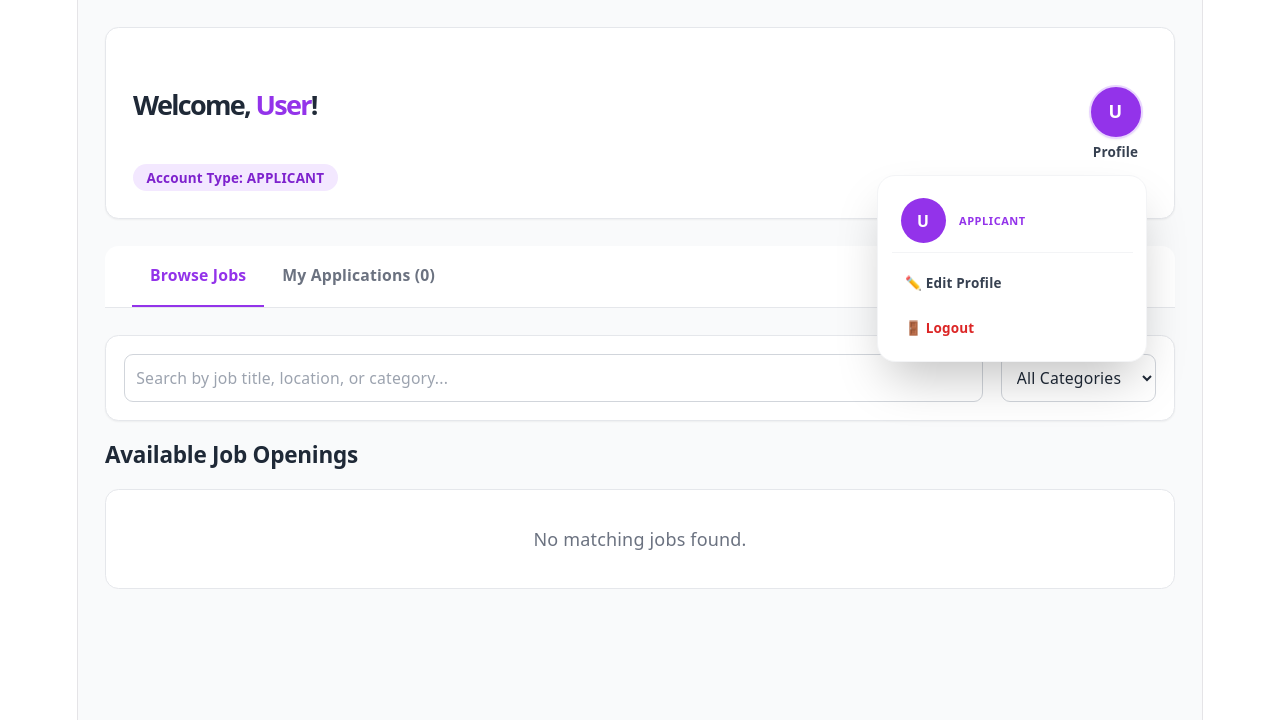
Repository: mdkawsarjomadder/job-portal
Page: /dashboard (app in job-portal/frontend/), after clicking the first element matching `button.flex`
These files come from the project's save history. The page is drawn as it stood at one moment and after the next save; the edit follows.
The browser window is 1280 px wide. The pictures show the whole page.
The page's requests for data from a server got no answer. The project was rebuilt for these pictures with package versions that can differ from the ones it lists, and the page was loaded fresh each time. No one was signed in, and anything a server would have sent is missing. Also part of the build but not shown: job-portal/frontend/vite.config.js, job-portal/frontend/src/pages/Login.jsx, job-portal/frontend/src/pages/Register.jsx, job-portal/frontend/src/pages/EmployerDashboard.jsx, job-portal/frontend/src/pages/MyApplications.jsx, job-portal/frontend/src/pages/CreateJob.jsx, job-portal/frontend/src/pages/Home.jsx. Imported but missing from the stored project, and not drawn on this page: job-portal/frontend/src/pages/Profile.

Above is the page before, as saved 2026-09-18 21:19:44.

### job-portal/frontend/src/index.css
@tailwind base;
@tailwind components;
@tailwind utilities;

:root {
  --text: #6b6375;
  --text-h: #08060d;
  --bg: #fff;
  --border: #e5e4e7;
  --code-bg: #f4f3ec;
  --accent: #aa3bff;
  --accent-bg: rgba(170, 59, 255, 0.1);
  --accent-border: rgba(170, 59, 255, 0.5);
  --social-bg: rgba(244, 243, 236, 0.5);
  --shadow: rgba(0, 0, 0, 0.1) 0 10px 15px -3px, rgba(0, 0, 0, 0.05) 0 4px 6px -2px;

  --sans: system-ui, 'Segoe UI', Roboto, sans-serif;
  --heading: system-ui, 'Segoe UI', Roboto, sans-serif;
  --mono: ui-monospace, Consolas, monospace;

  font: 18px/145% var(--sans);
  letter-spacing: 0.18px;
  color-scheme: light dark;
  color: var(--text);
  background: var(--bg);
  font-synthesis: none;
  text-rendering: optimizeLegibility;
  -webkit-font-smoothing: antialiased;
  -moz-osx-font-smoothing: grayscale;
}

@media (max-width: 1024px) {
  :root {
    font-size: 16px;
  }
}

@media (prefers-color-scheme: dark) {
  :root {
    --text: #9ca3af;
    --text-h: #f3f4f6;
    --bg: #16171d;
    --border: #2e303a;
    --code-bg: #1f2028;
    --accent: #c084fc;
    --accent-bg: rgba(192, 132, 252, 0.15);
    --accent-border: rgba(192, 132, 252, 0.5);
    --social-bg: rgba(47, 48, 58, 0.5);
    --shadow: rgba(0, 0, 0, 0.4) 0 10px 15px -3px, rgba(0, 0, 0, 0.25) 0 4px 6px -2px;
  }

  #social .button-icon {
    filter: invert(1) brightness(2);
  }
}

body {
  margin: 0;
}

#root {
  width: 1126px;
  max-width: 100%;
  margin: 0 auto;
  text-align: center;
  border-inline: 1px solid var(--border);
  min-height: 100svh;
  display: flex;
  flex-direction: column;
  box-sizing: border-box;
}

h1,
h2 {
  font-family: var(--heading);
  font-weight: 500;
  color: var(--text-h);
}

h1 {
  font-size: 56px;
  letter-spacing: -1.68px;
  margin: 32px 0;
}

h2 {
  font-size: 24px;
  line-height: 118%;
  letter-spacing: -0.24px;
  margin: 0 0 8px;
}

@media (max-width: 1024px) {
  h1 {
    font-size: 36px;
    margin: 20px 0;
  }
  h2 {
    font-size: 20px;
  }
}

p {
  margin: 0;
}

code,
.counter {
  font-family: var(--mono);
  display: inline-flex;
  border-radius: 4px;
  color: var(--text-h);
}

code {
  font-size: 15px;
  line-height: 135%;
  padding: 4px 8px;
  background: var(--code-bg);
}

### job-portal/frontend/src/App.jsx
import { BrowserRouter as Router, Routes, Route, Navigate } from 'react-router-dom';
import Login from './pages/Login';
import Register from './pages/Register';
import ApplicantDashboard from './pages/ApplicantDashboard';
import EmployerDashboard from './pages/EmployerDashboard';
import MyApplications from './pages/MyApplications';
import CreateJob from './pages/CreateJob';
import Home from './pages/Home';
import Profile from './pages/Profile';



function App() {
  return (
    <Router>
      <Routes>
        <Route path="/" element={<Home />} />
        <Route path="/home" element={<Home />} />
        <Route path="/login" element={<Login />} />
        <Route path="/profile" element={<Profile />} />
        <Route path="/register" element={<Register />} />
        <Route path="/my-applications" element={<MyApplications />} />
        <Route path="/dashboard" element={<ApplicantDashboard />} />
        <Route path="/employerdashboard" element={<EmployerDashboard />} />
        <Route path="/create-job" element={<CreateJob />} />
        <Route path="*" element={<Navigate to="/" replace />} />
      </Routes>
    </Router>
  );
}

export default App;

### job-portal/frontend/src/pages/ApplicantDashboard.jsx
import React, { useState, useEffect, useRef } from 'react';
import axios from 'axios';
import { useNavigate } from 'react-router-dom';

export default function ApplicantDashboard() {
  const navigate = useNavigate();
  const [user, setUser] = useState(null);
  const [jobs, setJobs] = useState([]);
  const [appliedJobs, setAppliedJobs] = useState([]);
  const [activeTab, setActiveTab] = useState('browse');
  const [selectedJob, setSelectedJob] = useState(null);
  const [resumeFile, setResumeFile] = useState(null);
  const [isModalOpen, setIsModalOpen] = useState(false);

  // Profile Dropdown State
  const [isDropdownOpen, setIsDropdownOpen] = useState(false);
  const dropdownRef = useRef(null);

  // Loading & Toast Notification States
  const [isSubmitting, setIsSubmitting] = useState(false);
  const [toastMessage, setToastMessage] = useState('');
  const [toastType, setToastType] = useState('success');

  // Search & Filter States
  const [searchTerm, setSearchTerm] = useState('');
  const [selectedCategory, setSelectedCategory] = useState('All');

  useEffect(() => {
    fetchLatestProfile();
    fetchJobs();
    fetchMyApplications();
  }, []);

  // API থেকে লেটেস্ট Avatar সহ ইউজার ডাটা ফেচ করা
  const fetchLatestProfile = async () => {
    const token = localStorage.getItem('token');
    const storedUser = localStorage.getItem('user');

    if (storedUser) {
      setUser(JSON.parse(storedUser));
    }

    if (!token) return;

    try {
      const res = await axios.get('http://localhost:5000/api/jobs/profile', {
        headers: { Authorization: `Bearer ${token}` },
      });
      if (res.data) {
        setUser(res.data);
        localStorage.setItem('user', JSON.stringify(res.data));
      }
    } catch (err) {
      console.error('Error fetching fresh profile:', err);
    }
  };

  // Dropdown Close on Outside Click
  useEffect(() => {
    const handleClickOutside = (event) => {
      if (dropdownRef.current && !dropdownRef.current.contains(event.target)) {
        setIsDropdownOpen(false);
      }
    };
    document.addEventListener('mousedown', handleClickOutside);
    return () => document.removeEventListener('mousedown', handleClickOutside);
  }, []);

  const fetchJobs = async () => {
    try {
      const res = await axios.get('http://localhost:5000/api/jobs');
      setJobs(res.data);
    } catch (err) {
      console.error('Error fetching jobs:', err);
    }
  };

  const fetchMyApplications = async () => {
    const token = localStorage.getItem('token');
    if (!token) return;

    try {
      const res = await axios.get('http://localhost:5000/api/jobs/my-applications', {
        headers: { Authorization: `Bearer ${token}` },
      });
      setAppliedJobs(res.data);
    } catch (err) {
      console.error('Error fetching applications:', err);
    }
  };

  const showToast = (message, type = 'success') => {
    setToastMessage(message);
    setToastType(type);

    setTimeout(() => {
      setToastMessage('');
    }, 4000);
  };

  const handleApplyClick = (job) => {
    const token = localStorage.getItem('token');
    if (!token) {
      showToast('Please login to apply', 'error');
      return;
    }
    setSelectedJob(job);
    setIsModalOpen(true);
  };

  const handleFormSubmit = async (e) => {
    e.preventDefault();

    if (!resumeFile) {
      showToast('Please select a PDF resume file first!', 'error');
      return;
    }

    const token = localStorage.getItem('token');

    const formData = new FormData();
    formData.append('jobId', selectedJob.id);
    formData.append('resume', resumeFile);

    setIsSubmitting(true);

    try {
      const res = await axios.post('http://localhost:5000/api/jobs/apply', formData, {
        headers: {
          Authorization: `Bearer ${token}`,
          'Content-Type': 'multipart/form-data',
        },
      });

      setIsSubmitting(false);
      setIsModalOpen(false);
      setResumeFile(null);
      setSelectedJob(null);
      fetchMyApplications();

      showToast(res.data.message || 'Applied successfully with uploaded resume!', 'success');

    } catch (err) {
      setIsSubmitting(false);
      console.error('Application Error:', err);
      showToast(err.response?.data?.message || 'Failed to apply', 'error');
    }
  };

  const handleLogout = () => {
    localStorage.removeItem('token');
    localStorage.removeItem('user');
    navigate('/login');
  };

  const filteredJobs = jobs.filter((job) => {
    const query = searchTerm.trim().toLowerCase();

    const titleMatch = job?.title ? job.title.toLowerCase().includes(query) : false;
    const locationMatch = job?.location ? job.location.toLowerCase().includes(query) : false;
    const categoryMatch = job?.category ? job.category.toLowerCase().includes(query) : false;

    const matchesSearch = query === '' || titleMatch || locationMatch || categoryMatch;

    const matchesCategoryDropdown =
      selectedCategory === 'All' ||
      (job?.category && job.category.toLowerCase() === selectedCategory.toLowerCase());

    return matchesSearch && matchesCategoryDropdown;
  });

  return (
    <div className="min-h-screen bg-gray-50 p-6 text-left relative">

      {/* Toast Notification */}
      {toastMessage && (
        <div className="fixed top-5 right-5 z-50 animate-bounce">
          <div
            className={`px-5 py-3 rounded-xl shadow-lg text-white text-sm font-semibold flex items-center gap-2 ${
              toastType === 'success' ? 'bg-green-600' : 'bg-red-600'
            }`}
          >
            <span>{toastType === 'success' ? '✓' : '✕'}</span>
            <span>{toastMessage}</span>
          </div>
        </div>
      )}

      <div className="max-w-5xl mx-auto space-y-6">

        {/* Profile Header Card */}
        <div className="bg-white p-6 rounded-xl shadow-sm border border-gray-200 flex flex-col md:flex-row justify-between items-start md:items-center gap-4">
          <div>
            <h1 className="text-2xl font-bold text-gray-800">
              Welcome, <span className="text-purple-600">{user?.name || 'User'}</span>!
            </h1>
            <p className="text-sm text-gray-500">{user?.email}</p>
            <span className="inline-block mt-2 px-3 py-1 bg-purple-100 text-purple-700 text-xs font-semibold rounded-full">
              Account Type: {user?.role || 'APPLICANT'}
            </span>
          </div>

          {/* User Profile Dropdown Section */}
          <div className="relative" ref={dropdownRef}>
            <button
              onClick={() => setIsDropdownOpen(!isDropdownOpen)}
              className="flex flex-col items-center justify-center p-1 rounded-xl hover:bg-gray-50 transition focus:outline-none"
            >
              {/* Profile Avatar */}
              <div className="w-12 h-12 rounded-full bg-purple-600 text-white font-bold text-base flex items-center justify-center overflow-hidden border-2 border-purple-200 shadow-sm shrink-0">
                {user?.avatar ? (
                  <img
                    src={user.avatar}
                    alt={user.name}
                    className="w-full h-full object-cover"
                    onError={(e) => { e.target.style.display = 'none'; }}
                  />
                ) : (
                  user?.name?.charAt(0).toUpperCase() || 'U'
                )}
              </div>

              {/* User Name */}
              <span className="text-xs font-semibold text-gray-700 mt-1 max-w-[120px] truncate text-center">
                {user?.name || 'Profile'}
              </span>
            </button>

            {/* Dropdown Menu - Position Fixed to Align Correctly */}
            {isDropdownOpen && (
              <div className="absolute right-0 mt-2 w-60 bg-white rounded-2xl shadow-2xl border border-gray-100 p-3 z-50 transform origin-top-right transition-all">
                {/* Header User Details */}
                <div className="flex items-center gap-3 p-2 border-b border-gray-100 mb-2">
                  <div className="w-10 h-10 rounded-full bg-purple-600 text-white font-bold text-sm flex items-center justify-center overflow-hidden shrink-0">
                    {user?.avatar ? (
                      <img
                        src={user.avatar}
                        alt={user.name}
                        className="w-full h-full object-cover"
                        onError={(e) => { e.target.style.display = 'none'; }}
                      />
                    ) : (
                      user?.name?.charAt(0).toUpperCase() || 'U'
                    )}
                  </div>
                  <div className="overflow-hidden">
                    <p className="text-sm font-bold text-gray-800 truncate">{user?.name}</p>
                    <p className="text-[11px] font-bold text-purple-600 uppercase tracking-wider">
                      {user?.role || 'APPLICANT'}
                    </p>
                  </div>
                </div>

                {/* Dropdown Action Buttons */}
                <div className="space-y-1">
                  <button
                    onClick={() => {
                      setIsDropdownOpen(false);
                      navigate('/profile');
                    }}
                    className="w-full text-left px-3 py-2.5 text-xs font-semibold text-gray-700 hover:bg-purple-50 hover:text-purple-700 rounded-xl transition flex items-center gap-2"
                  >
                    ✏️ Edit Profile
                  </button>

                  <button
                    onClick={handleLogout}
                    className="w-full text-left px-3 py-2.5 text-xs font-semibold text-red-600 hover:bg-red-50 rounded-xl transition flex items-center gap-2"
                  >
                    🚪 Logout
                  </button>
                </div>
              </div>
            )}
          </div>
        </div>

        {/* Navigation Tabs */}
        <div className="flex border-b border-gray-200 bg-white px-6 rounded-t-xl">
          <button
            onClick={() => setActiveTab('browse')}
            className={`py-4 px-4 font-semibold text-sm border-b-2 transition-colors ${
              activeTab === 'browse'
                ? 'border-purple-600 text-purple-600'
                : 'border-transparent text-gray-500 hover:text-gray-700'
            }`}
          >
            Browse Jobs
          </button>
          <button
            onClick={() => setActiveTab('applications')}
            className={`py-4 px-4 font-semibold text-sm border-b-2 transition-colors ${
              activeTab === 'applications'
                ? 'border-purple-600 text-purple-600'
                : 'border-transparent text-gray-500 hover:text-gray-700'
            }`}
          >
            My Applications ({appliedJobs.length})
          </button>
        </div>

        {/* Tab Content */}
        {activeTab === 'browse' ? (
          <div className="space-y-4">
            {/* Search Bar & Category Select */}
            <div className="flex flex-col md:flex-row gap-4 bg-white p-4 rounded-xl border border-gray-200 shadow-sm">
              <input
                type="text"
                placeholder="Search by job title, location, or category..."
                value={searchTerm}
                onChange={(e) => setSearchTerm(e.target.value)}
                className="flex-1 border border-gray-300 rounded-lg p-2.5 text-sm text-gray-800 bg-white focus:outline-none focus:ring-2 focus:ring-purple-500"
              />
              <select
                value={selectedCategory}
                onChange={(e) => setSelectedCategory(e.target.value)}
                className="border border-gray-300 rounded-lg p-2.5 text-sm text-gray-800 focus:outline-none focus:ring-2 focus:ring-purple-500 bg-white"
              >
                <option value="All">All Categories</option>
                <option value="IT">IT / Software</option>
                <option value="Dev Developer">Dev Developer</option>
                <option value="Design">Design</option>
                <option value="Marketing">Marketing</option>
              </select>
            </div>

            <h2 className="text-xl font-bold text-gray-800">Available Job Openings</h2>

            {filteredJobs.length === 0 ? (
              <div className="bg-white p-8 text-center text-gray-500 rounded-xl border border-gray-200">
                No matching jobs found.
              </div>
            ) : (
              <div className="grid grid-cols-1 md:grid-cols-2 gap-4">
                {filteredJobs.map((job) => (
                  <div key={job.id} className="bg-white p-5 rounded-xl border border-gray-200 shadow-sm hover:shadow-md transition">
                    <div className="flex justify-between items-start">
                      <div>
                        <h3 className="font-bold text-lg text-gray-800">{job.title}</h3>
                        <p className="text-sm text-gray-500 font-medium">{job.employer?.name || 'Company'}</p>
                      </div>
                      <span className="px-2.5 py-1 bg-green-100 text-green-700 text-xs font-semibold rounded-md">
                        {job.jobType}
                      </span>
                    </div>

                    <div className="mt-4 text-sm text-gray-600 space-y-1">
                      <p>📍 {job.location}</p>
                      <p>💼 {job.category}</p>
                      <p>💰 {job.salary}</p>
                    </div>

                    <button
                      onClick={() => handleApplyClick(job)}
                      className="mt-5 w-full bg-purple-600 hover:bg-purple-700 text-white font-medium py-2 rounded-lg transition duration-200"
                    >
                      Apply Now
                    </button>
                  </div>
                ))}
              </div>
            )}
          </div>
        ) : (
          <div className="space-y-4">
            <h2 className="text-xl font-bold text-gray-800">Applied Jobs</h2>
            {appliedJobs.length === 0 ? (
              <div className="bg-white p-8 text-center text-gray-500 rounded-xl border border-gray-200">
                You haven't applied to any jobs yet.
              </div>
            ) : (
              <div className="bg-white rounded-xl border border-gray-200 overflow-hidden">
                <table className="w-full text-left border-collapse">
                  <thead>
                    <tr className="bg-gray-50 border-b border-gray-200 text-xs font-semibold text-gray-500 uppercase">
                      <th className="p-4">Job Title</th>
                      <th className="p-4">Category</th>
                      <th className="p-4">Applied Date</th>
                      <th className="p-4">Status</th>
                    </tr>
                  </thead>
                  <tbody className="divide-y divide-gray-200 text-sm">
                    {appliedJobs.map((app) => (
                      <tr key={app.id}>
                        <td className="p-4 font-semibold text-gray-800">{app.job?.title}</td>
                        <td className="p-4 text-gray-600">{app.job?.category}</td>
                        <td className="p-4 text-gray-500">
                          {new Date(app.appliedAt).toLocaleDateString()}
                        </td>
                        <td className="p-4">
                          <span
                            className={`px-2.5 py-1 text-xs font-semibold rounded-full ${
                              app.status === 'SHORTLISTED'
                                ? 'bg-green-100 text-green-700'
                                : app.status === 'REJECTED'
                                ? 'bg-red-100 text-red-700'
                                : 'bg-yellow-100 text-yellow-800'
                            }`}
                          >
                            {app.status}
                          </span>
                        </td>
                      </tr>
                    ))}
                  </tbody>
                </table>
              </div>
            )}
          </div>
        )}

      </div>

      {/* File Upload Modal */}
      {isModalOpen && (
        <div className="fixed inset-0 bg-black/50 backdrop-blur-sm flex justify-center items-center p-4 z-50">
          <div className="bg-white rounded-2xl p-6 max-w-md w-full shadow-xl space-y-4">
            <div className="flex justify-between items-center border-b pb-3">
              <h3 className="font-bold text-lg text-gray-800">
                Apply for <span className="text-purple-600">{selectedJob?.title}</span>
              </h3>
              <button
                onClick={() => setIsModalOpen(false)}
                className="text-gray-400 hover:text-gray-600 text-lg font-bold"
              >
                ✕
              </button>
            </div>

            <form onSubmit={handleFormSubmit} className="space-y-4">
              <div>
                <label className="block text-sm font-semibold text-gray-700 mb-2">
                  Upload Your Resume (PDF format)
                </label>
                <input
                  type="file"
                  accept=".pdf"
                  onChange={(e) => setResumeFile(e.target.files[0])}
                  className="w-full text-sm text-gray-500 file:mr-4 file:py-2 file:px-4 file:rounded-lg file:border-0 file:text-sm file:font-semibold file:bg-purple-50 file:text-purple-700 hover:file:bg-purple-100 border border-gray-300 rounded-lg p-1.5"
                  required
                />
              </div>

              <div className="flex justify-end gap-3 pt-2">
                <button
                  type="button"
                  onClick={() => setIsModalOpen(false)}
                  className="px-4 py-2 border border-gray-300 rounded-lg text-sm font-medium text-gray-700 hover:bg-gray-50"
                >
                  Cancel
                </button>
                <button
                  type="submit"
                  disabled={isSubmitting}
                  className={`px-4 py-2 bg-purple-600 text-white rounded-lg text-sm font-medium transition ${
                    isSubmitting ? 'opacity-50 cursor-not-allowed' : 'hover:bg-purple-700'
                  }`}
                >
                  {isSubmitting ? 'Uploading...' : 'Submit Application'}
                </button>
              </div>
            </form>
          </div>
        </div>
      )}

    </div>
  );
}

Loaded but not shown: job-portal/frontend/src/main.jsx (common file); job-portal/frontend/tailwind.config.js (common file)

After the next save:
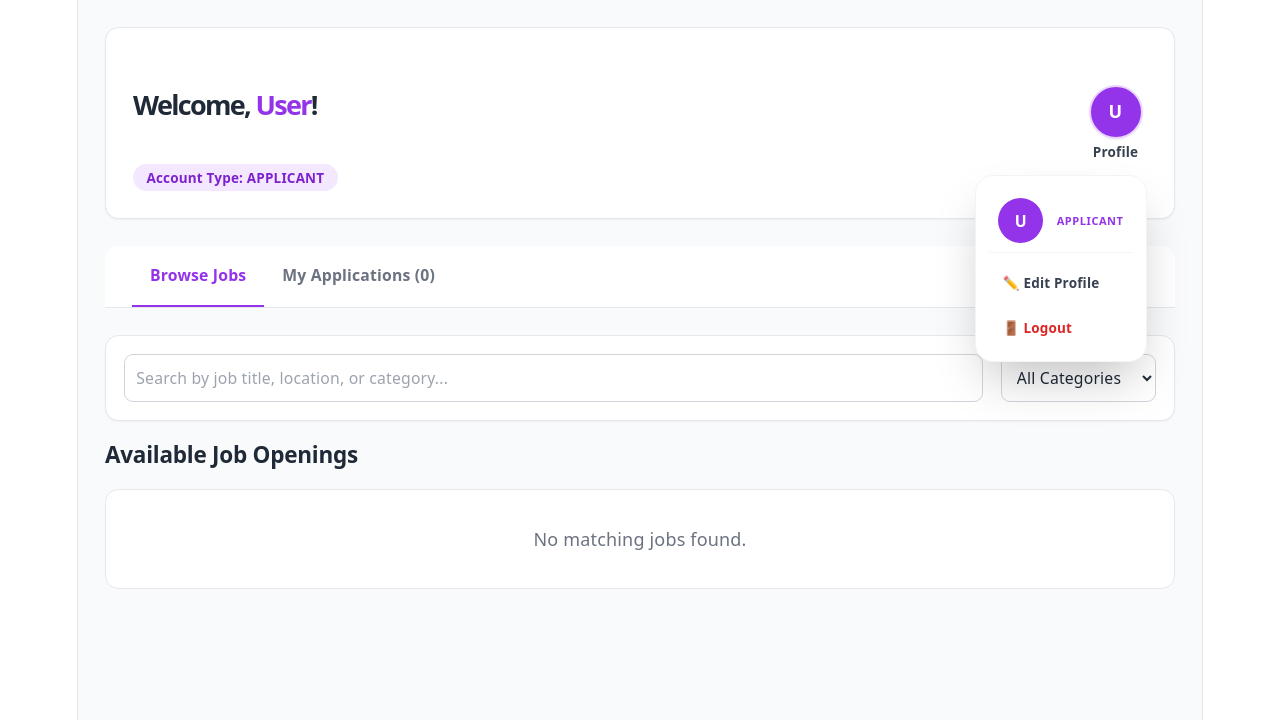
Saved 4 s later.
--- a/job-portal/frontend/src/pages/ApplicantDashboard.jsx
+++ b/job-portal/frontend/src/pages/ApplicantDashboard.jsx
@@ -228,7 +228,7 @@ export default function ApplicantDashboard() {
 
             {/* Dropdown Menu - Position Fixed to Align Correctly */}
             {isDropdownOpen && (
-              <div className="absolute right-0 mt-2 w-60 bg-white rounded-2xl shadow-2xl border border-gray-100 p-3 z-50 transform origin-top-right transition-all">
+              <div className="absolute right-0 mt-2 w-50 bg-white rounded-2xl shadow-2xl border border-gray-100 p-3 z-50 transform origin-top-right transition-all">
                 {/* Header User Details */}
                 <div className="flex items-center gap-3 p-2 border-b border-gray-100 mb-2">
                   <div className="w-10 h-10 rounded-full bg-purple-600 text-white font-bold text-sm flex items-center justify-center overflow-hidden shrink-0">
